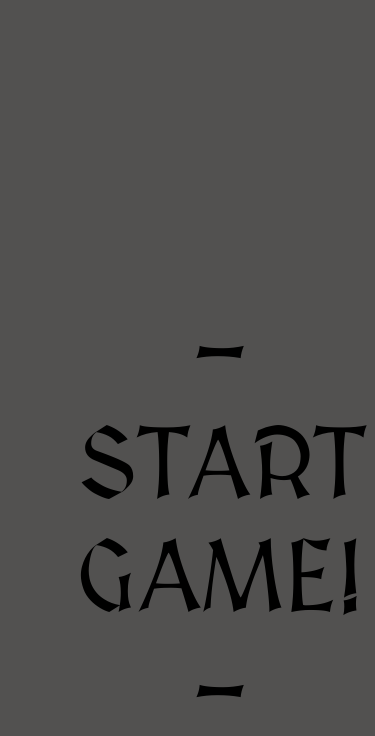
Repository: AydinRaghip/memory-game
Page: index.html
The author's editor kept a record of every edit. The page is drawn from the files as they stood at one moment, then again after the next edit.
The browser window is 375 px wide. The pictures show the whole page.

Above is the page before.
Console error: ReferenceError: describe is not defined

After the next edit:
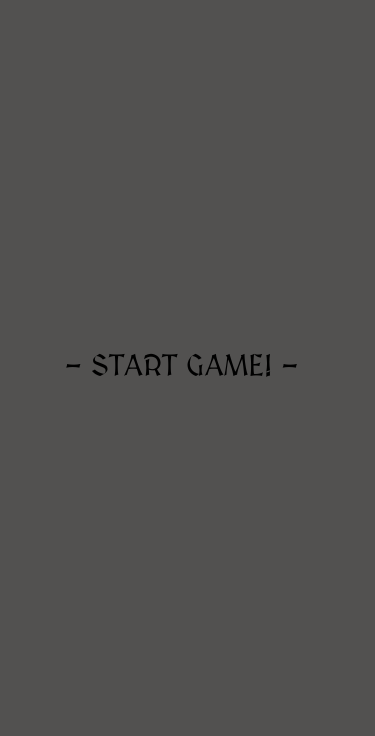
The edit:
--- a/assets/style.css
+++ b/assets/style.css
@@ -110,8 +110,8 @@
 @media screen and (max-width: 375px){
   #startButton{
   left: 65px;
-  top: 300px;
-  font-size: 100px;
+  top: 350px;
+  font-size: 30px;
 }
 
 #startButton:active{
